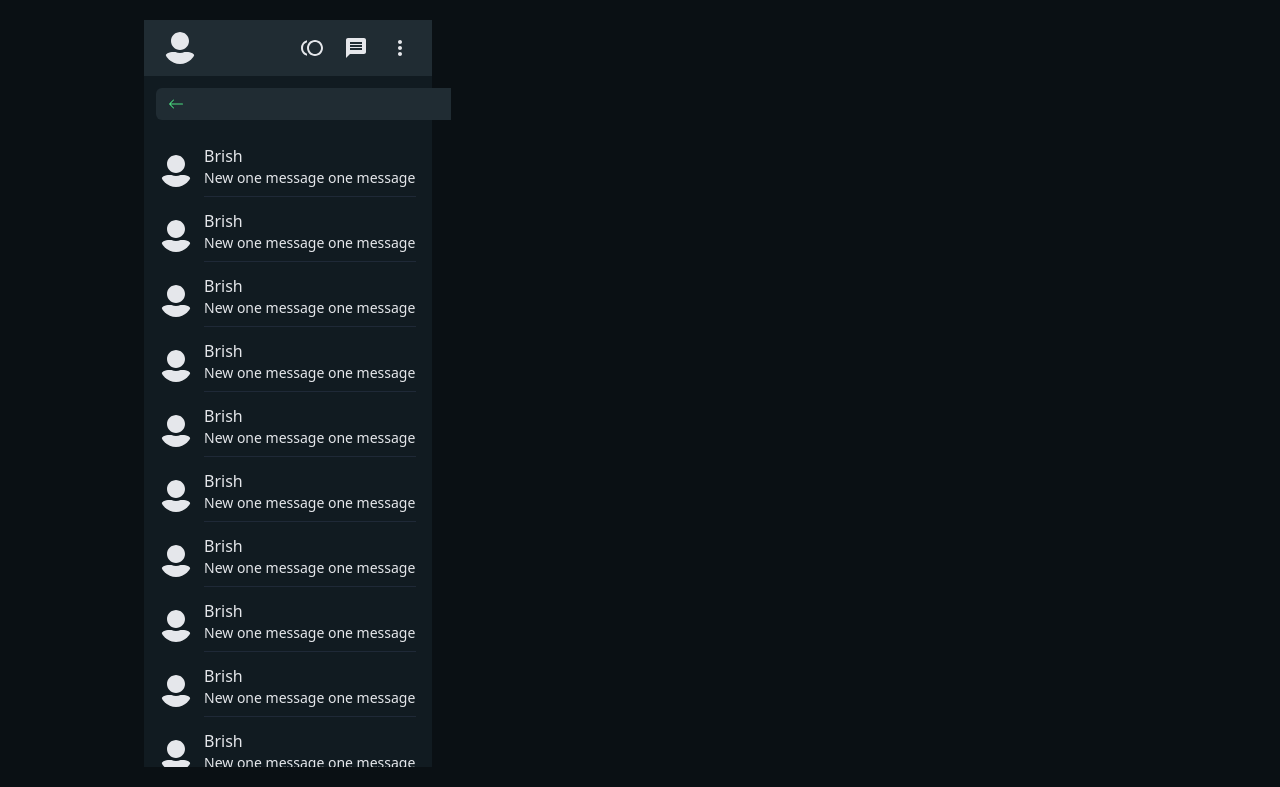
Repository: satya-ranjon/whatsapp-clone-dev
Page: /
These files come from the project's save history. The page is drawn as it stood at one moment and after a run of saves; the edit follows.
The browser window is 1280 px wide. The pictures show the whole page.
The project was rebuilt for these pictures with package versions that can differ from the ones it lists, and the page was loaded fresh each time.

Above is the page before, as saved 2022-04-09 07:22:35.

After the next 2 saves:
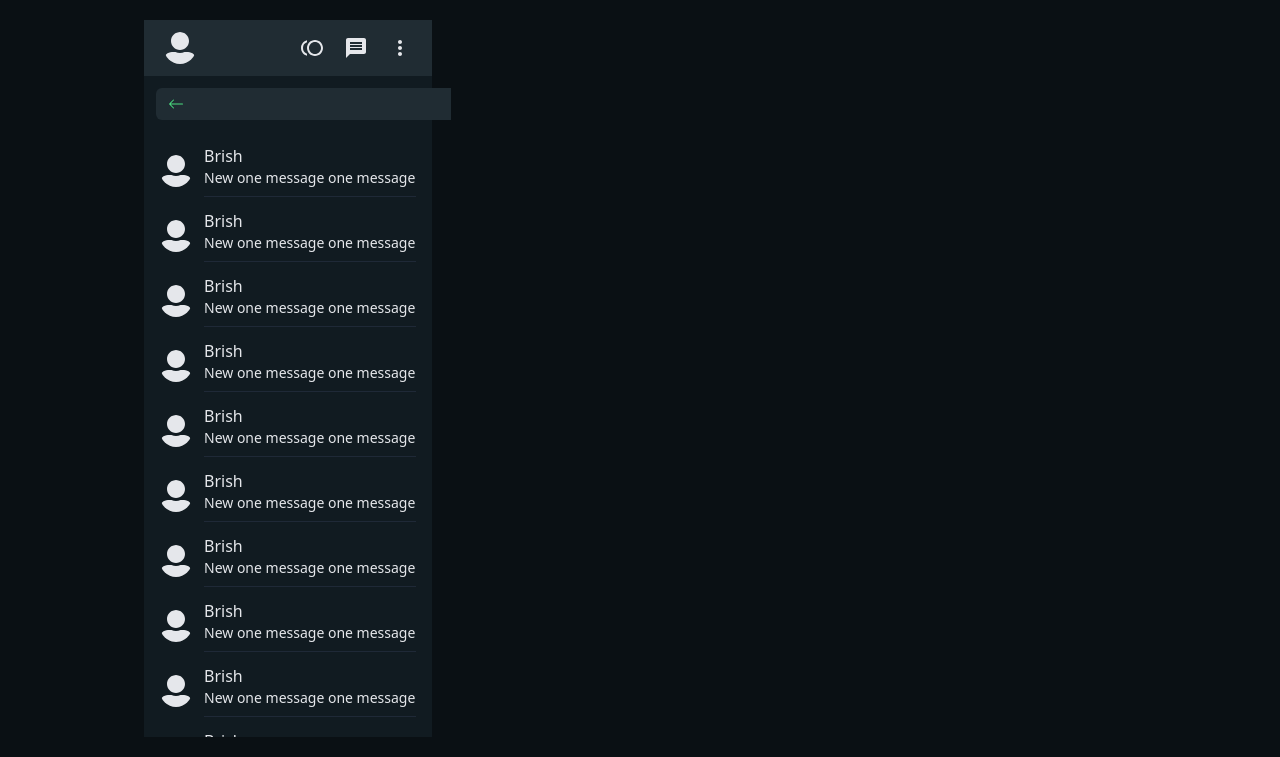
The 2 saves are shown as one change because they came seconds apart.
The last was saved 21 s later.
--- a/src/Components/SideBarUseList.jsx
+++ b/src/Components/SideBarUseList.jsx
@@ -35,7 +35,7 @@ export default function SideBarUseList() {
           </label>
         </div>
       </div>
-      <div className="bg-[#111b21] overflow-y-scroll scroll-my-1 h-[88.2vh] scrollbar scrollbar-thumb-gray-400 scrollbar-thin text-gray-200 duration-500 transition-all">
+      <div className="bg-[#111b21] overflow-y-scroll scroll-my-1 h-[84vh] scrollbar scrollbar-thumb-gray-400 scrollbar-thin text-gray-200 duration-500 transition-all">
         {array.map((i, index) => (
           <div
             key={index}
